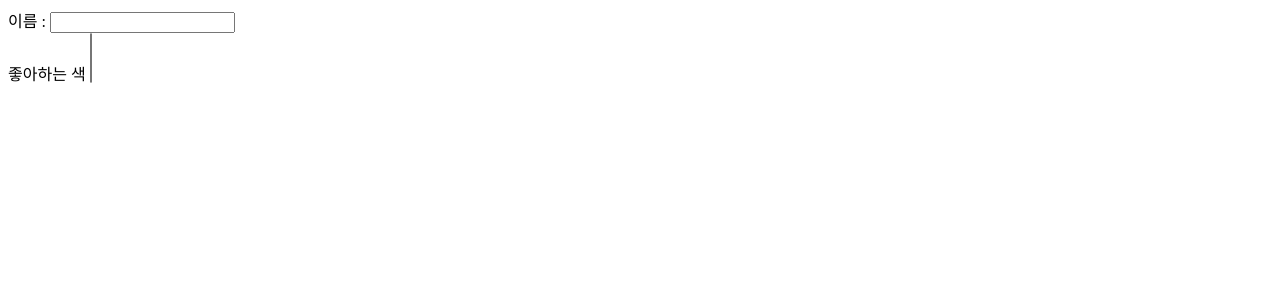
Repository: BartsimisraB/JavaPractice_
Page: http://localhost/Webpractice4/if.jsp
An editor plug-in stored every save of this project. The page is shown before and after the next save, followed by the edit.
The browser window is 1280 px wide. The pictures show the whole page.
The page is served by Tomcat 9.

Above is the page before, as saved 2023-01-11 07:01:08.

After the next save:
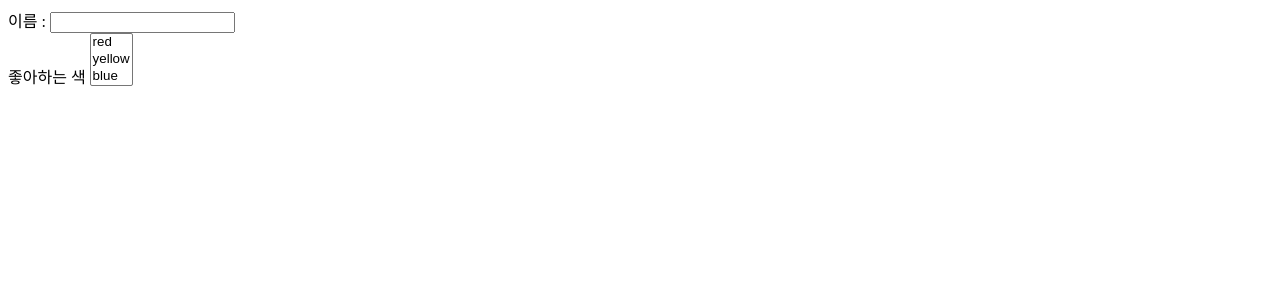
Saved 31 s later.
--- a/Webpractice4/src/main/webapp/if.jsp
+++ b/Webpractice4/src/main/webapp/if.jsp
@@ -11,10 +11,9 @@
 		이름 : <input type="text" name="name"><br>
 		<label for="color">좋아하는 색</label>
 		<select id="color" name="color" size="3">
-
-
-
-
+		<option value="red">red</option>
+		<option value="yellow">yellow</option>
+		<option value="blue">blue</option>
 		</select>
 	</form>
 </body>
